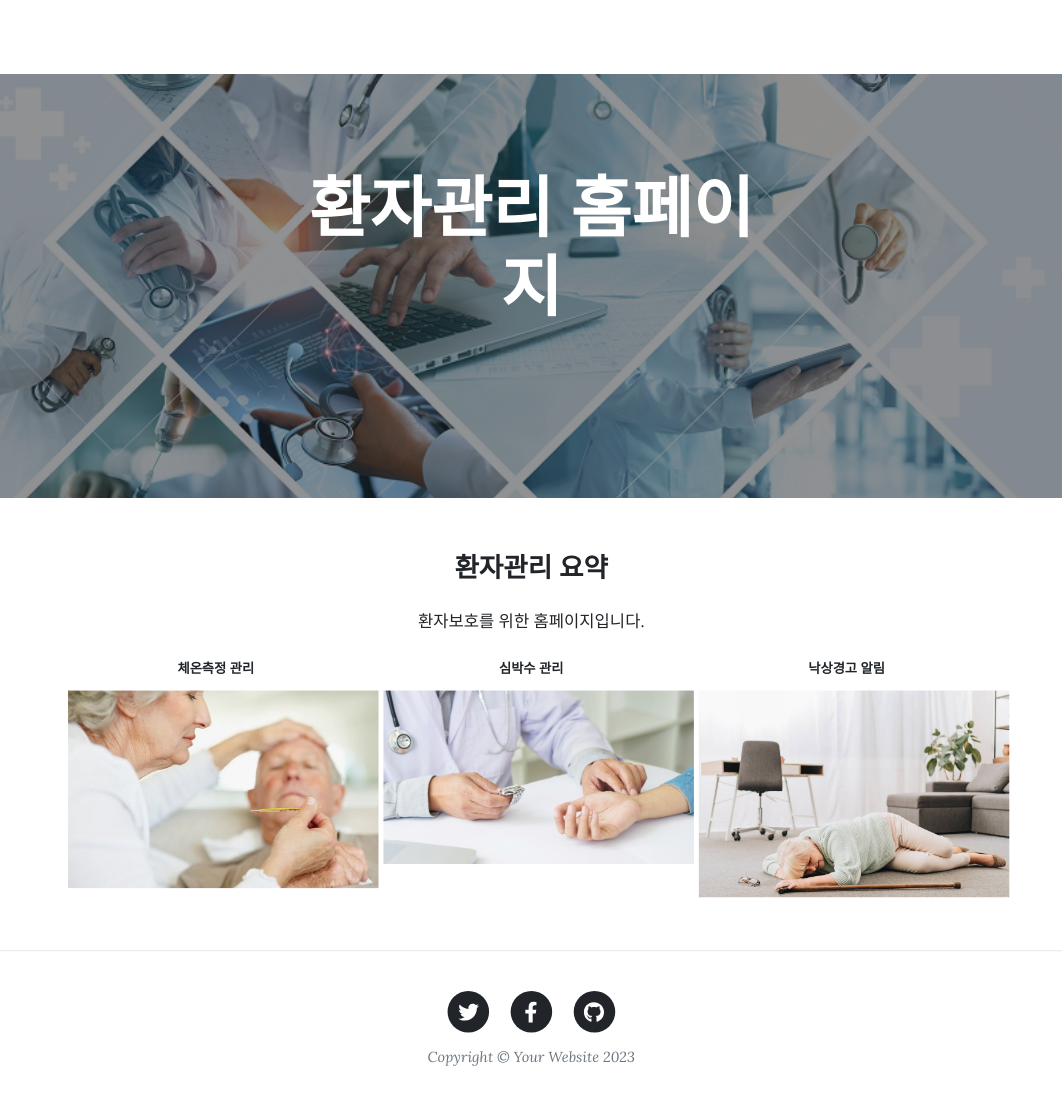
Repository: honsb91/project
Page: http://localhost/hospital/main.jsp
The author's editor kept a copy of each file at every save. The page is drawn from the files as they stood at one save, then again after the next save.
The browser window is 1280 px wide. The pictures show the whole page, at 83% of full size.
Some web libraries are served in a nearby version. The page is served by Tomcat 9. Nobody is signed in. The application's start-up code is not run.

Above is the page before, as saved 2024-01-24 02:05:18.

After the next save:
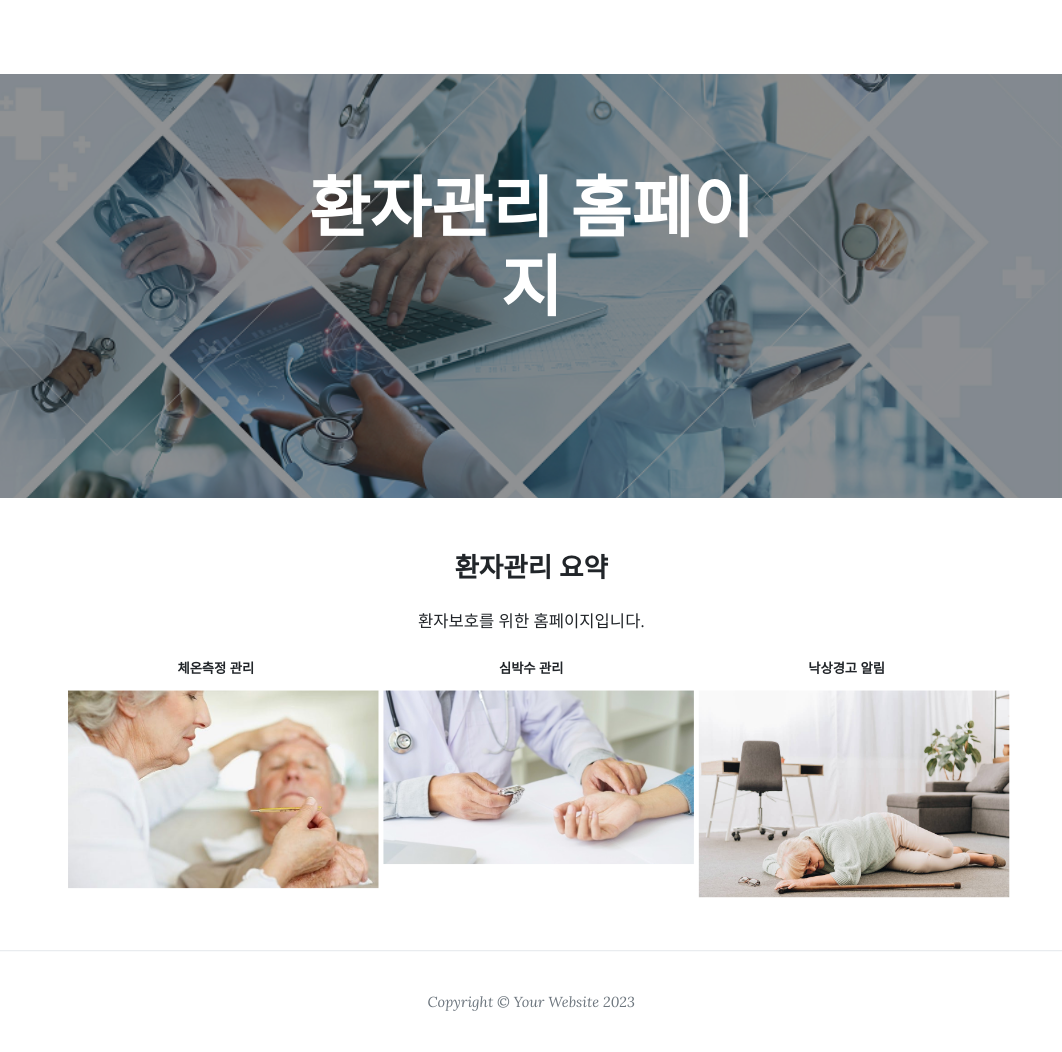
Saved 16 min 26 s later.
--- a/hospital/src/main/webapp/main.jsp
+++ b/hospital/src/main/webapp/main.jsp
@@ -109,26 +109,6 @@
 		<div class="container px-4 px-lg-5">
 			<div class="row gx-4 gx-lg-5 justify-content-center">
 				<div class="col-md-10 col-lg-8 col-xl-7">
-					<ul class="list-inline text-center">
-						<li class="list-inline-item"><a href="#!"> <span
-								class="fa-stack fa-lg"> <i
-									class="fas fa-circle fa-stack-2x"></i> <i
-									class="fab fa-twitter fa-stack-1x fa-inverse"></i>
-							</span>
-						</a></li>
-						<li class="list-inline-item"><a href="#!"> <span
-								class="fa-stack fa-lg"> <i
-									class="fas fa-circle fa-stack-2x"></i> <i
-									class="fab fa-facebook-f fa-stack-1x fa-inverse"></i>
-							</span>
-						</a></li>
-						<li class="list-inline-item"><a href="#!"> <span
-								class="fa-stack fa-lg"> <i
-									class="fas fa-circle fa-stack-2x"></i> <i
-									class="fab fa-github fa-stack-1x fa-inverse"></i>
-							</span>
-						</a></li>
-					</ul>
 					<div class="small text-center text-muted fst-italic">Copyright
 						&copy; Your Website 2023</div>
 				</div>
